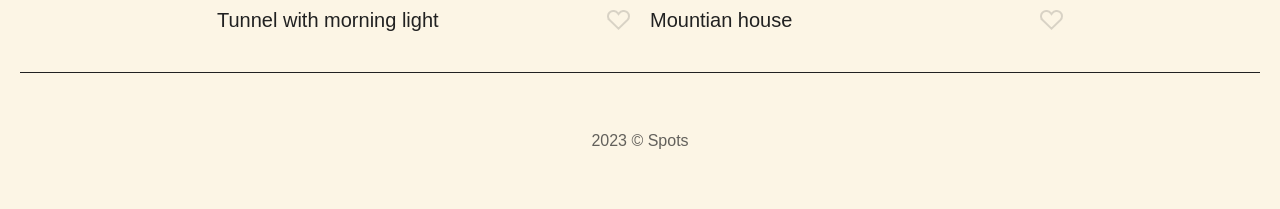
Repository: riffey55/se_project_spots
Page: index.html
The author's editor kept a copy of each file at every save. The page is drawn from the files as they stood at one save, then again after the next save.
The browser window is 1280 px wide. The pictures show the part of the page from y = 1694 to 2375 px (the page is 1903 px tall before and 2375 px after).
Pictures or frames that could not be fetched are drawn as grey boxes.

Above is the page before, as saved 2025-07-23 18:50:33.

### index.html
<!DOCTYPE html>
<html lang="en">
  <head>
    <meta charset="UTF-8" />
    <meta name="viewport" content="width=device-width, initial-scale=1.0" />
    <meta name="description" content="????" />
    <meta name="author" content="Beren Riffey" />
    <meta name="keywords" content="HTML, CSS. ??" />
    <link rel="stylesheet" href="./pages/index.css" />
    <link rel="stylesheet" href="./blocks/content.css" />
    <link rel="icon" type="image/x-icon" href="favicon.ico" />
    <title>Spots</title>
  </head>

  <body>
    <div class="page">
      <header class="header">
        <img src="./images/Logo.svg" alt="Spot logo" class="header__logo" />
      </header>

      <main class="content">
        <section class="profile page__section">
          <img
            src="./images/avatar.jpg"
            alt="Bessie Coleman avatar"
            class="profile__avatar"
          />
          <div class="profile__column">
            <h1 class="profile__name">Bessie Coleman</h1>
            <p class="profile__description">Civil Aviator</p>
            <button type="button" class="profile__edit-btn">
              <img src="./images/pencil.svg" alt="Pencil icon" />Edit Profile
            </button>
          </div>
          <button type="button" class="profile__add-btn">
            <img src="./images/plus.svg" alt="Plus icon" class="" />New Post
          </button>
        </section>
        <section class="cards page__section">
          <ul class="cards__list">
            <li class="card">
              <img
                src="./images/1-photo-by-moritz-feldmann-from-pexels.jpg"
                alt="Val Thorens"
                class="card__image"
              />
              <div class="card__content">
                <h2 class="card__title">Val Thorens</h2>
                <button type="button" class="card__like-btn"></button>
              </div>
            </li>
            <li class="card">
              <img
                src="./images/2-photo-by-ceiline-from-pexels.jpg"
                alt="Restaurant terrace"
                class="card__image"
              />
              <div class="card__content">
                <h2 class="card__title">Restaurant terrace</h2>
                <button type="button" class="card__like-btn"></button>
              </div>
            </li>
            <li class="card">
              <img
                src="./images/3-photo-by-tubanur-dogan-from-pexels.jpg"
                alt="An outdoor cafe"
                class="card__image"
              />
              <div class="card__content">
                <h2 class="card__title">An outdoor cafe</h2>
                <button type="button" class="card__like-btn"></button>
              </div>
            </li>
            <li class="card">
              <img
                src="./images/4-photo-by-maurice-laschet-from-pexels.jpg"
                alt="A very long bridge over the forest"
                class="card__image"
              />
              <div class="card__content">
                <h2 class="card__title">A very long bridge over the forest</h2>
                <button type="button" class="card__like-btn"></button>
              </div>
            </li>
            <li class="card">
              <img
                src="./images/5-photo-by-van-anh-nguyen-from-pexels.jpg"
                alt="Tunnel with morning light"
                class="card__image"
              />
              <div class="card__content">
                <h2 class="card__title">Tunnel with morning light</h2>
                <button type="button" class="card__like-btn"></button>
              </div>
            </li>
            <li class="card">
              <img
                src="./images/6-photo-by-moritz-feldmann-from-pexels.jpg"
                alt="Mountian house"
                class="card__image"
              />
              <div class="card__content">
                <h2 class="card__title">Mountian house</h2>
                <button type="button" class="card__like-btn"></button>
              </div>
            </li>
          </ul>
        </section>
      </main>
      <footer class="footer">
        <p class="footer__text">2023 © Spots</p>
      </footer>
      <div class="modal modal_is_opened">
        <div class="modal__container">
          <button type="button" class="modal__close-btn">X</button>
          <form class="modal__form">
            <h2 class="modal__title">Edit profile</h2>
            <label for="profile-name-input" class="modal__label">
              Name
              <input
                id="profile-name-input"
                type="text"
                class="modal__input"
                placeholder="Type your name"
              />
            </label>
            <label for="profile-description-input" class="modal__label">
              Description
              <input
                id="profile-description-input"
                type="text"
                class="modal__input"
                placeholder="Describe yourself"
              />
            </label>
            <button type="submit" class="modal__submit-btn">Save</button>
          </form>
        </div>
      </div>
    </div>
  </body>
</html>

### pages/index.css
@import url(../vendor/normalize.css);
@import url(../vendor/fonts.css);

@import url(../blocks/page.css);
@import url(../blocks/header.css);
@import url(../blocks/content.css);
@import url(../blocks/profile.css);
@import url(../blocks/cards.css);
@import url(../blocks/card.css);
@import url(../blocks/footer.css);
@import url(../blocks/modal.css);

### blocks/page.css
.page {
  background-color: #fcf5e5;
  min-height: 100vh;
}

.page__section {
  margin: 0 auto;
  max-width: 1280px;
}

### blocks/profile.css
.profile {
  display: flex;
  padding: 34px 0 20px;
  border-bottom: 1px solid rgba(33, 33, 33, 0.4);
}

.profile__avatar {
  height: 190px;
  width: 190px;
  margin-right: 20px;
  border-radius: 8px;
}

.profile__column {
  display: flex;
  flex-direction: column;
  align-items: start;
}

.profile__name {
  margin: 0 0 12px;
  font-family: Poppins, Arial, Helvetica, sans-serif;
  font-weight: 500;
  font-size: 32px;
  line-height: 100%;
  color: #212121;
  max-width: 420px;
  display: -webkit-box;
  overflow: hidden;
  text-overflow: ellipsis;
  -webkit-line-clamp: 3;
  -webkit-box-orient: vertical;
}
.profile__description {
  font-family: "Poppins", sans-serif;
  font-size: 16px;
  font-weight: 400; /* Assuming it's regular, not bold */
  line-height: 24px;
  color: #212121;
  max-width: 420px;

  margin: 0 0 12px;
  display: -webkit-box;
  overflow: hidden;
  text-overflow: ellipsis;
  -webkit-line-clamp: 3;
  -webkit-box-orient: vertical;
}

.profile__edit-btn {
  display: flex;
  gap: 8px;
  border: none;
  background-color: transparent;
  font-family: "Poppins", sans-serif;
  font-weight: 500;
  font-size: 16px;
  color: #212121;
  line-height: 1;
  margin-top: auto;
  cursor: pointer;
  transition: opacity 0.3s ease;
  opacity: 0.7;
}

.profile__edit-btn:hover {
  opacity: 1;
}

.profile__add-btn {
  font-family: "Poppins", Arial, sans-serif;
  font-size: 16px;
  font-weight: 500;
  color: #ffffff;
  background-color: #212121;
  border: none;
  border-radius: 8px;
  padding: 18px 32px;

  display: flex;
  align-items: center;
  gap: 9px;
  cursor: pointer;
  margin-left: auto;
  margin-top: auto;
  transition: background-color 0.3s ease, opacity 0.3s ease;
}

.profile__add-btn:hover {
  opacity: 0.8;
}

@media screen and (max-width: 627px) {
  .profile {
    flex-direction: column;
    max-width: 288px;
    align-items: center;
    text-align: center;
    padding-top: 20px;
  }

  .profile__column {
    align-items: center;
  }

  .profile__avatar {
    margin: 0 0 12px;
    height: 80px;
    width: 80px;
  }

  .profile__name {
    text-align: center;
    font-size: 20px;
    margin: 0 0 6px;
  }

  .profile__description {
    text-align: center;
    margin: 0 0 32px;
  }

  .profile__add-btn {
    display: block;
    width: 100%;
    padding: 10px 20px;
    margin: 20px auto 0;
  }
}

### blocks/cards.css
.cards {
  padding-top: 20px;
  padding-bottom: 40px;
  border-bottom: 1px solid #212121;
}

.cards__list {
  list-style-type: none;
  padding: 0;
  margin: 0;
  display: grid;
  grid-template-columns: repeat(auto-fit, 413px);
  justify-content: center;
  gap: 40px 20px;
}

/* 📱 Mobile Styles */
@media screen and (max-width: 627px) {
  .cards__list {
    grid-template-columns: repeat(auto-fit, 288px);
    gap: 20px;
  }

  .cards {
    padding-bottom: 20px;
  }
}

### blocks/card.css
.card__image {
  height: 413px;
  width: 100%;
  object-fit: cover;
  display: block;
  border-radius: 12px;
  margin-bottom: 8px;
}

.card__title {
  font-family: "Poppins", sans-serif;
  font-size: 20px;
  line-height: 1.2;
  font-weight: 500;
  color: #212121;
  margin: 0;
  padding: 0;
  text-overflow: ellipsis;
  white-space: nowrap;
  overflow: hidden;
  max-width: 353px;
}

.card__content {
  display: flex;
  align-items: center;
  justify-content: space-between;
}

.card__like-btn {
  background-image: url(../images/heart.svg);
  width: 23px;
  height: 20px;
  border: none;
  background-color: transparent;
  opacity: 40%;
  cursor: pointer;
}

.card__like-btn:hover {
  opacity: 1;
}

@media screen and (max-width: 627px) {
  .card__image {
    height: 288px;
  }

  .card__title {
    font-size: 18px;
    max-width: 235px;
  }
}

### blocks/footer.css
.footer {
  padding: 60px 0;
  text-align: center;
}

.footer__text {
  font-family: "Poppins", Arial, sans-serif;
  font-size: 16px;
  font-weight: 400;
  line-height: 100%;
  letter-spacing: 0;
  color: rgba(33, 33, 33, 0.7);
  margin: 0;
}

### blocks/modal.css
/*TODO - add correct font styles for everything */
.modal {
  visibility: hidden;
  background-color: #00000080;
  position: fixed;
  top: 0;
  right: 0;
  bottom: 0;
  left: 0;
  display: flex;
  justify-content: center;
  align-items: center;
}

.modal {
  display: flex;
  justify-content: center;
  align-items: center;
  position: fixed;
  top: 0;
  left: 0;
  width: 100vw;
  height: 100vh;
  background-color: rgba(0, 0, 0, 0.5); /* semi-transparent overlay */
  z-index: 1000;
  visibility: hidden;
  opacity: 0;
  transition: opacity 0.3s ease;
}

/* Visibility toggle */
.modal_is-opened {
  visibility: visible;
  opacity: 1;
}

.modal__container {
  width: 730px;
  height: 408px;
  padding: 32px 50px;
  background-color: #ffffff;
  border-radius: 8px;

  display: flex;
  flex-direction: column;
  gap: 32px;

  box-shadow: 0 4px 24px rgba(0, 0, 0, 0.12); /* Optional, matches visual depth */
  position: relative;
}

.modal__close-btn {
  position: absolute;
  top: 32px;
  right: 50px;
  width: 40px;
  height: 40px;
  /*TODO - add close icon and make sure it looks right */
}

.modal__title {
  margin: 0 0 32px;
}

.modal__form {
  display: flex;
  flex-direction: column;
  width: 730px;
  height: 408px;
  background-color: #ffffff;
  padding: 32px 50px;
  gap: 32px;
  border-radius: 8px;
  box-sizing: border-box;
}

.modal__label {
  margin: 0 0 32px;
}

.modal__input {
  display: block;
  width: 100%;
  padding: 10px;
  border: 1px solid #ccc;
  border-radius: 4px;
  font-size: 16px;
}

.modal__close-btn {
  background: url(../images/close.svg) no-repeat center;
  background-size: 16px 16px;
  border: none;
  cursor: pointer;
  background-color: transparent;
}

Loaded but not shown: blocks/content.css (common file); vendor/normalize.css (library); blocks/header.css (common file); vendor/fonts.css (no copy from this time; the picture is the same without it)

After the next save:
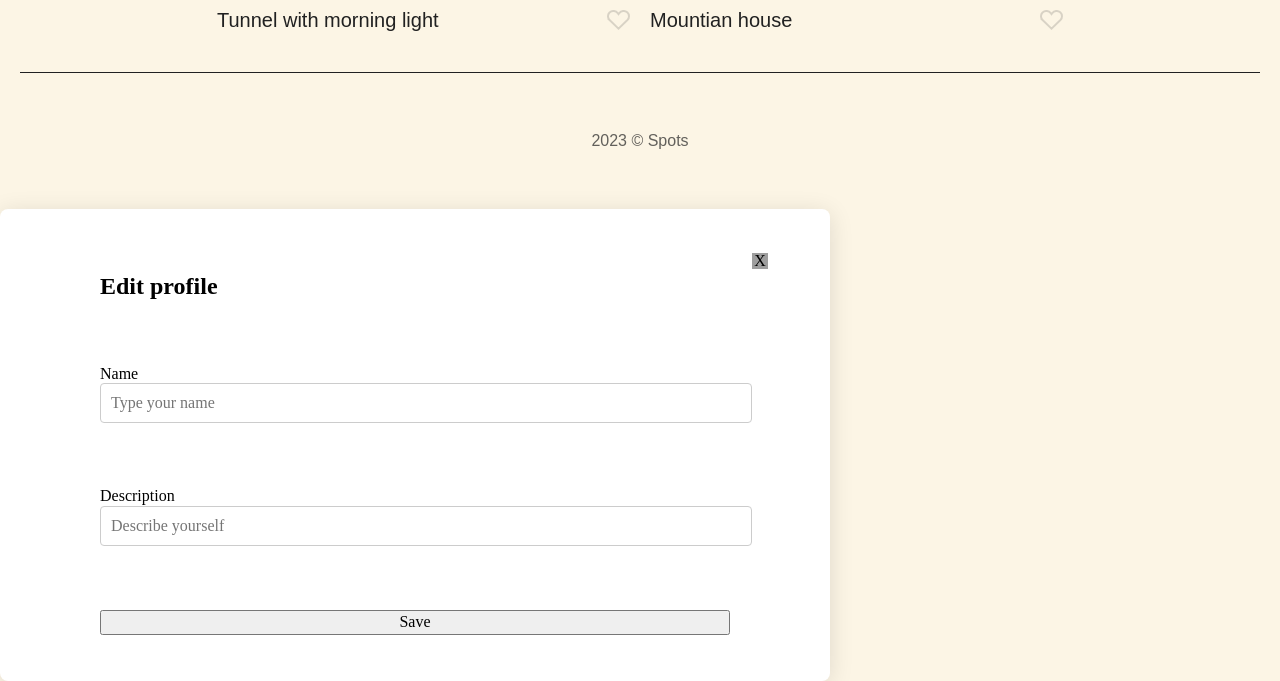
Saved 112 s later.
--- a/blocks/modal.css
+++ b/blocks/modal.css
@@ -1,39 +1,3 @@
-/*TODO - add correct font styles for everything */
-.modal {
-  visibility: hidden;
-  background-color: #00000080;
-  position: fixed;
-  top: 0;
-  right: 0;
-  bottom: 0;
-  left: 0;
-  display: flex;
-  justify-content: center;
-  align-items: center;
-}
-
-.modal {
-  display: flex;
-  justify-content: center;
-  align-items: center;
-  position: fixed;
-  top: 0;
-  left: 0;
-  width: 100vw;
-  height: 100vh;
-  background-color: rgba(0, 0, 0, 0.5); /* semi-transparent overlay */
-  z-index: 1000;
-  visibility: hidden;
-  opacity: 0;
-  transition: opacity 0.3s ease;
-}
-
-/* Visibility toggle */
-.modal_is-opened {
-  visibility: visible;
-  opacity: 1;
-}
-
 .modal__container {
   width: 730px;
   height: 408px;

After the 3 saves that followed:
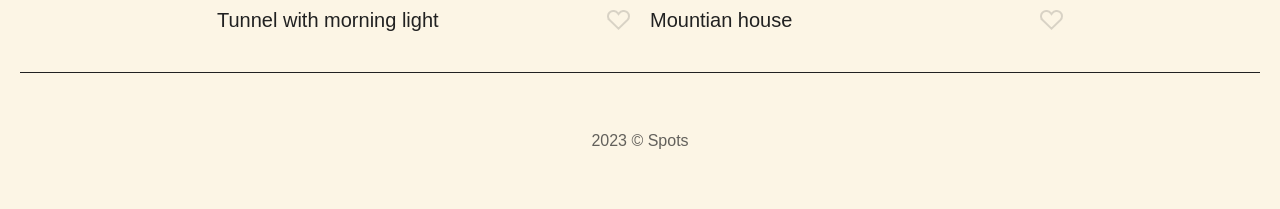
The 3 saves are shown as one change because 2 left the picture as it was.
The last was saved 68 s later.
--- a/blocks/modal.css
+++ b/blocks/modal.css
@@ -1,3 +1,24 @@
+.modal {
+  display: flex;
+  justify-content: center;
+  align-items: center;
+  position: fixed;
+  top: 0;
+  left: 0;
+  width: 100vw;
+  height: 100vh;
+  background-color: rgba(0, 0, 0, 0.5);
+  z-index: 1000;
+  visibility: hidden;
+  opacity: 0;
+  transition: opacity 0.3s ease;
+}
+
+.modal_is-opened {
+  visibility: visible;
+  opacity: 1;
+}
+
 .modal__container {
   width: 730px;
   height: 408px;
